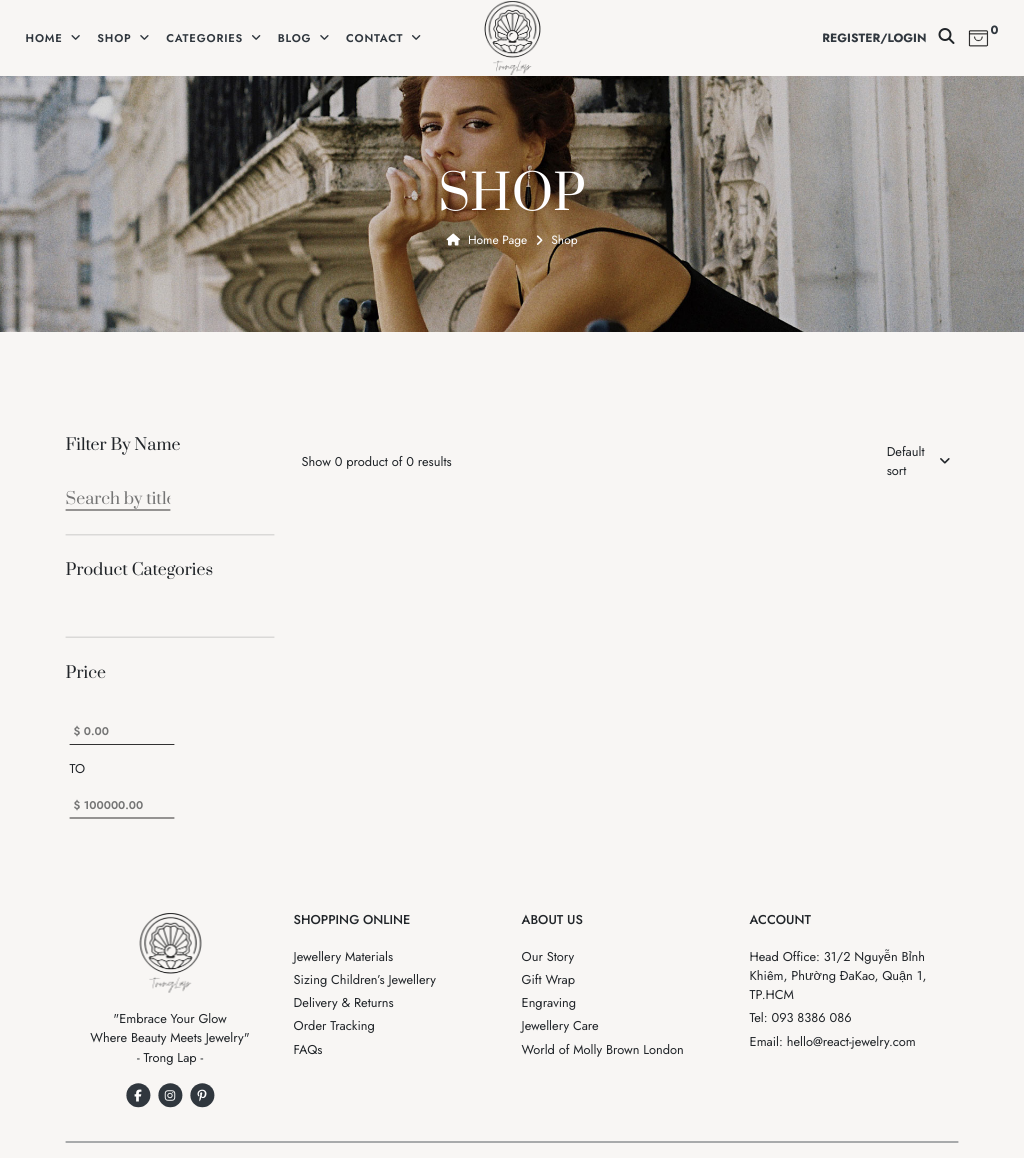
Repository: tronglap/react-jewelry
Page: /list-product
The author's editor kept a copy of each file at every save. The page is drawn from the files as they stood at one save, then again after the next save.
The browser window is 1280 px wide. The pictures show the whole page, at 80% of full size.
The page's requests for data from a server got no answer. The project was rebuilt for these pictures with package versions that can differ from the ones it lists, and the page was loaded fresh each time. No one was signed in, and anything a server would have sent is missing. Also part of the build but not shown: src/component/Button/Button.css, src/component/Button/Button.js, src/component/SliderBar/SliderBar.css, src/component/SliderBar/SliderBar.js, src/component/Home/WWD/WWD.css, src/component/Home/WWD/WWD.js, src/component/Home/Home.css, src/component/Home/Categories/Categories.js and 14 more.

Above is the page before, as saved 2024-03-26 20:29:39.

After the next save:
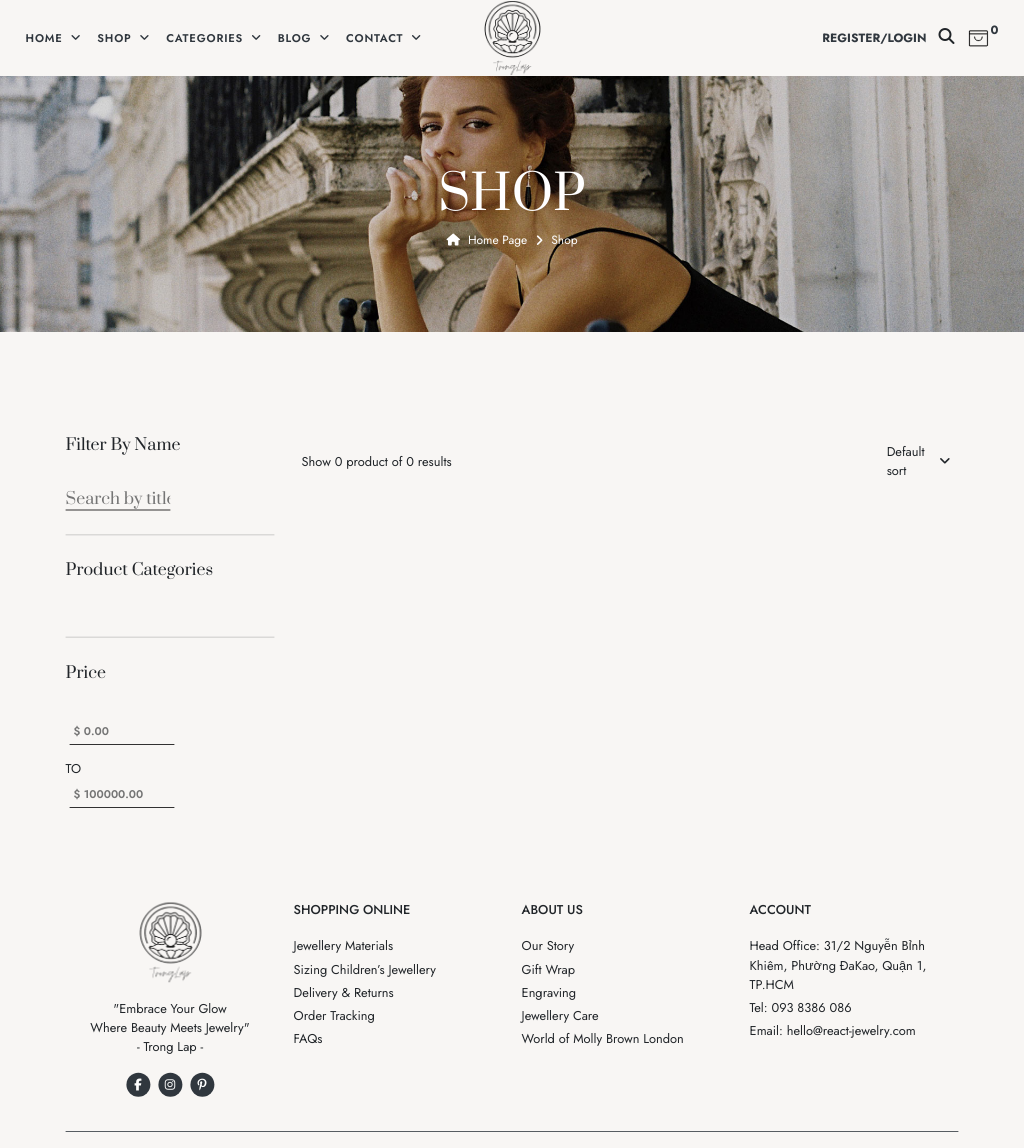
Saved 9 s later.
--- a/src/component/ListProduct/ListProduct.css
+++ b/src/component/ListProduct/ListProduct.css
@@ -62,7 +62,7 @@
 }
 
 .ListProduct .box_product .FBP .TO {
-    margin: 5% 5px;
+    margin-top: 5%
 }
 
 .ListProduct .box_product .FBP .filterbyprice {
